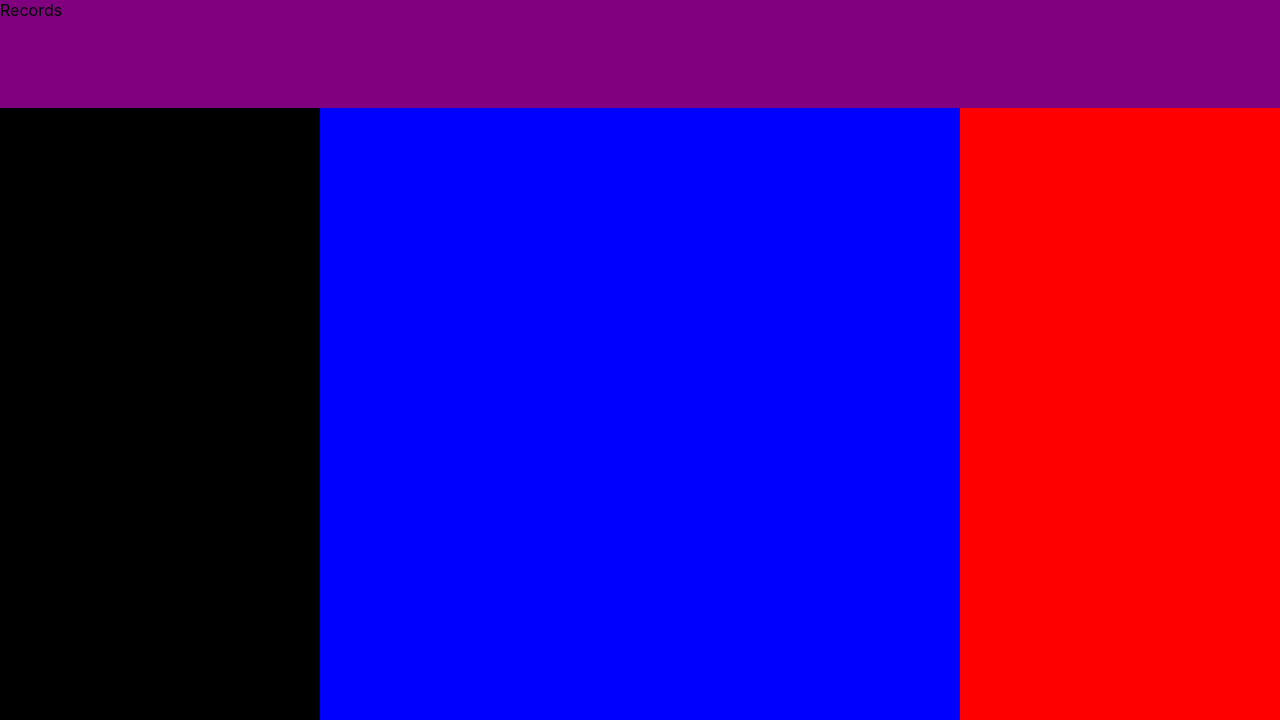
Repository: napan24/classforma_assignment
Page: / (app in client/)
These files come from the project's save history. The page is drawn as it stood at one moment and after the next save; the edit follows.
The browser window is 1280 px wide. The pictures show the whole page.
The project was rebuilt for these pictures with package versions that can differ from the ones it lists, and the page was loaded fresh each time. Also part of the build but not shown: client/src/App.css.

Above is the page before, as saved 2022-07-19 16:27:10.

After the next save:
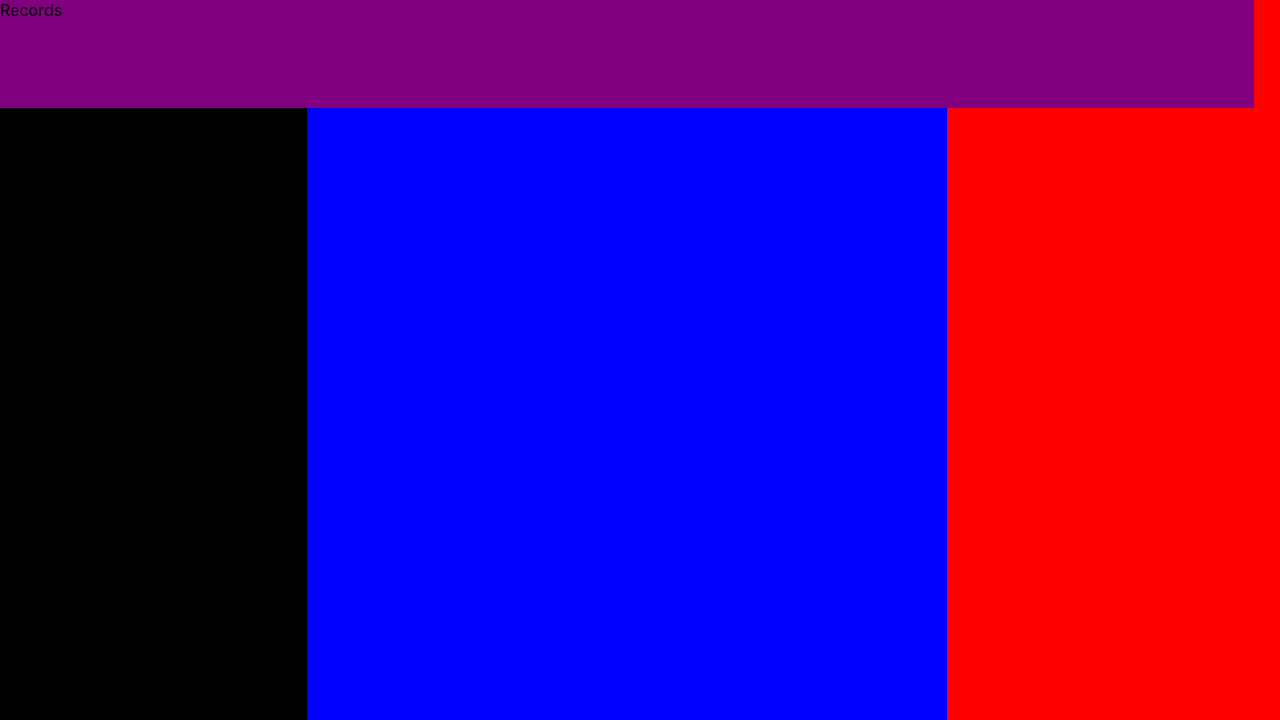
Saved 20 s later.
--- a/client/src/Home.js
+++ b/client/src/Home.js
@@ -4,8 +4,8 @@ const Home = () => {
     return (
         <>
             <div style={{ display: 'flex', width: "100vw", height: "100vh", backgroundColor: 'red' }}>
-                <div style={{ width: "25vw", height: "100vh", backgroundColor: "black" }}>
-                    <div style={{ width: "25vw", height: "15vh", backgroundColor: "purple",borderRight:"10px solid white" }}>
+                <div style={{ width: "24vw", height: "100vh", backgroundColor: "black" }}>
+                    <div style={{ width: "24vw", height: "15vh", backgroundColor: "purple",borderRight:"10px solid white" }}>
                         Records
                     </div>
                     <div>
@@ -20,8 +20,8 @@ const Home = () => {
 
                     </div>
                 </div>
-                <div style={{ width: "25vw", height: "100vh", backgroundColor: "red" }}>
-                    <div style={{ width: "25vw", height: "15vh", backgroundColor: "purple" }}>
+                <div style={{ width: "24vw", height: "100vh", backgroundColor: "red" }}>
+                    <div style={{ width: "24vw", height: "15vh", backgroundColor: "purple" }}>
 
                     </div>
                     <div>
